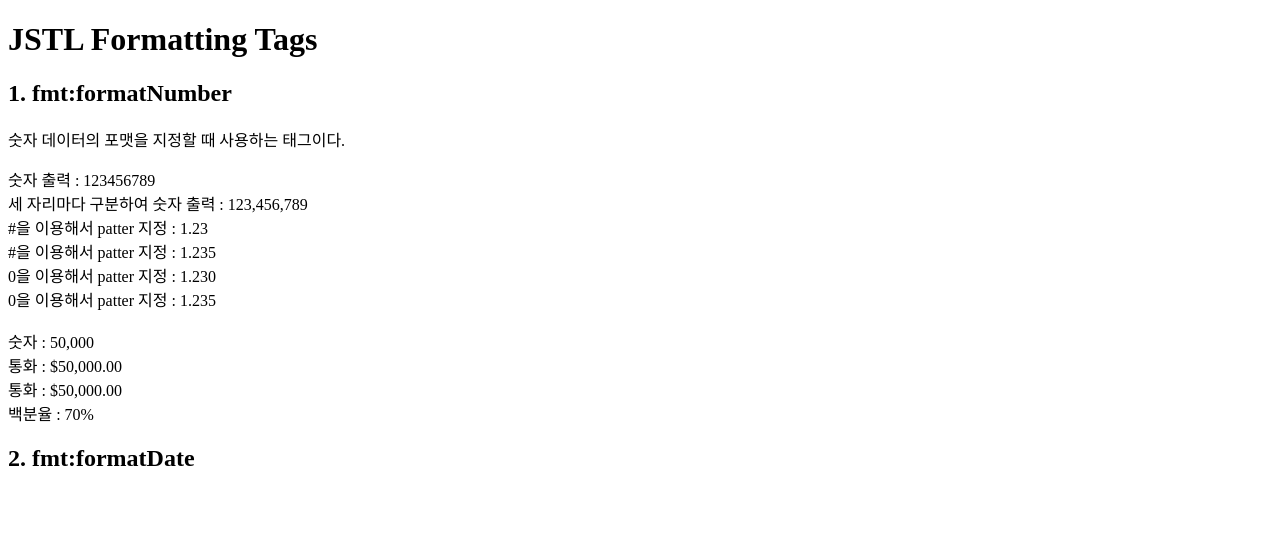
Repository: Parknogyung/Backend
Page: http://localhost/03_EL_JSTL/views/actiontag/jstl/formatting.jsp
An editor plug-in stored every save of this project. The page is shown before and after the next save, followed by the edit.
The browser window is 1280 px wide. The pictures show the whole page.
The page is served by Tomcat 9.

Above is the page before, as saved 2022-07-14 01:15:42.

After the next save:
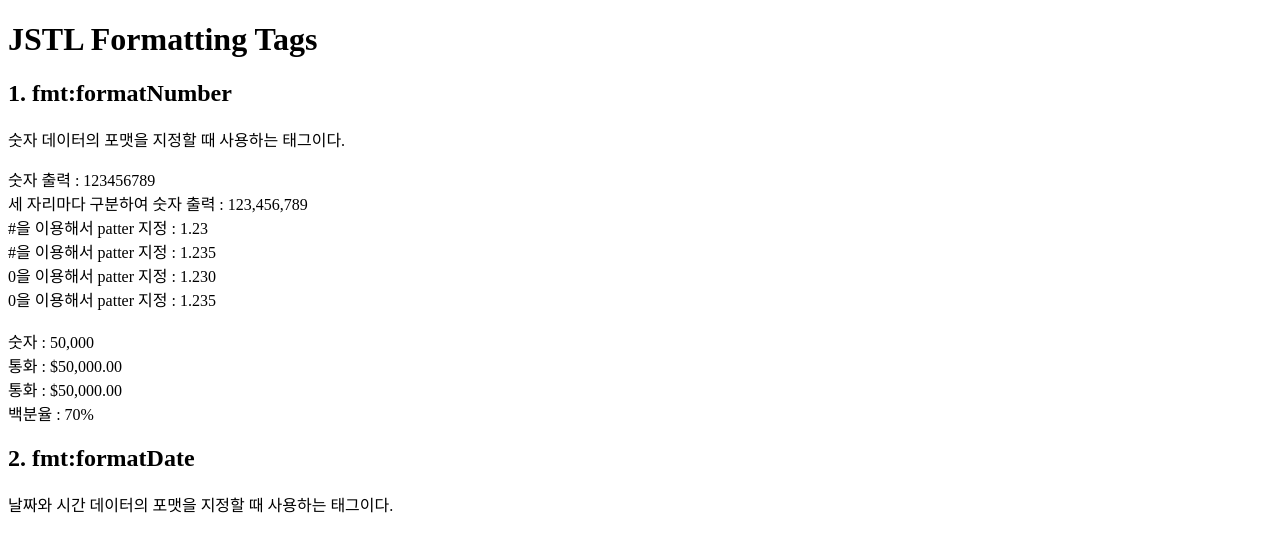
Saved 16 s later.
--- a/03_EL_JSTL/src/main/webapp/views/actiontag/jstl/formatting.jsp
+++ b/03_EL_JSTL/src/main/webapp/views/actiontag/jstl/formatting.jsp
@@ -40,6 +40,9 @@
 	백분율 : <fmt:formatNumber type="percent" value="0.7"/>
 
 	<h2>2. fmt:formatDate</h2>
+	<p>
+		날짜와 시간 데이터의 포맷을 지정할 때 사용하는 태그이다.
+	</p>
 
 </body>
 </html>
